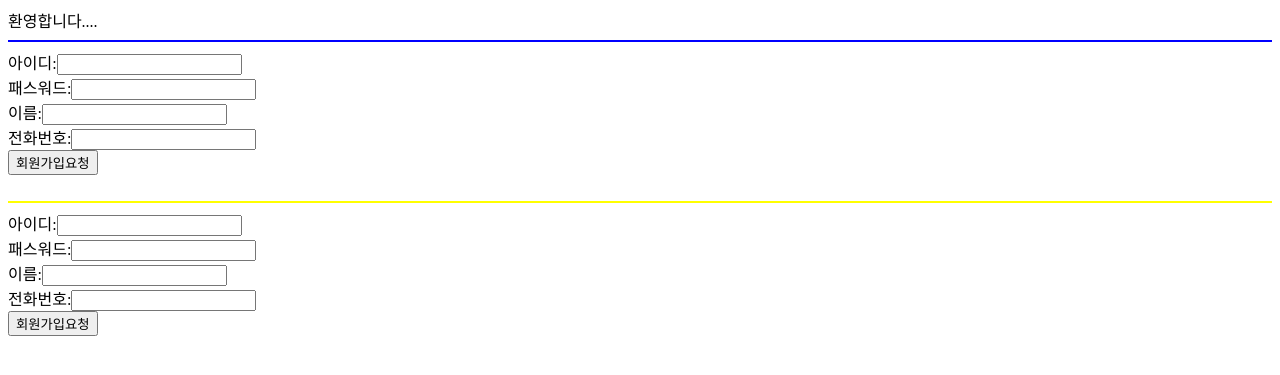
Repository: Yusubin/workEx
Page: spring00/src/main/webapp/index.html
These files come from the project's save history. The page is drawn as it stood at one moment and after the next save; the edit follows.
The browser window is 1280 px wide. The pictures show the whole page.

Above is the page before, as saved 2022-02-14 08:16:35.

### spring00/src/main/webapp/index.html
<!DOCTYPE html>
<html>
	<head>
	<meta charset="UTF-8">
	<title>Insert title here</title>
	</head>
	<body>
		환영합니다....<br>
	<hr color="blue">
	<form action="create.jsp">
	아이디:<input type="text" name="id"><br>
	패스워드:<input type="text" name="pw"><br>
	이름:<input type="text" name="name"><br>
	전화번호:<input type="text" name="tel"><br>
	<button>회원가입요청</button>

	</form>
	<br>
	<hr color="yellow">
	<form action="create.jsp">
	아이디:<input type="text" name="id"><br>
	패스워드:<input type="text" name="pw"><br>
	이름:<input type="text" name="name"><br>
	전화번호:<input type="text" name="tel"><br>
	<button>회원가입요청</button>
	</form>
	</body>
</html>

After the next save:
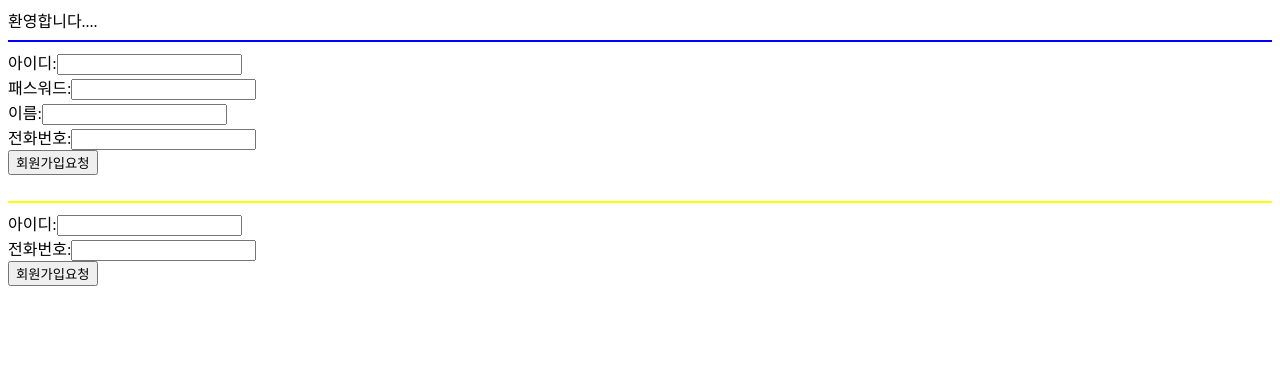
Saved 5 s later.
--- a/spring00/src/main/webapp/index.html
+++ b/spring00/src/main/webapp/index.html
@@ -19,8 +19,6 @@
 	<hr color="yellow">
 	<form action="create.jsp">
 	아이디:<input type="text" name="id"><br>
-	패스워드:<input type="text" name="pw"><br>
-	이름:<input type="text" name="name"><br>
 	전화번호:<input type="text" name="tel"><br>
 	<button>회원가입요청</button>
 	</form>
